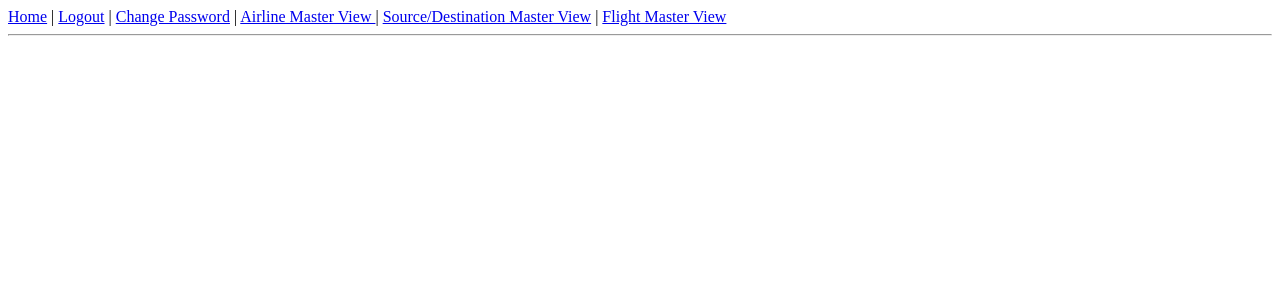
Repository: tuskhillare/FlyAway-1.0-
Page: http://localhost/FlyAway/Dashboard.jsp
The author's editor kept a copy of each file at every save. The page is drawn from the files as they stood at one save, then again after the next save.
The browser window is 1280 px wide. The pictures show the whole page.
The page is served by Tomcat 9. Other server files are loaded and not shown.

Above is the page before, as saved 2021-10-01 15:34:29.

### Source Code/FlyAway/src/main/webapp/Dashboard.jsp
<!DOCTYPE html>
<html>
<head>
<meta charset="ISO-8859-1">
<title>Admin Dashboard</title>
</head>
<body>
	<a href="index.jsp">Home</a> |
	<a href="index.jsp">Logout</a> |
	<a href="ChangePassword.jsp">Change Password</a> |
	<a href="SeeAllFlights">Airline Master View </a> |
	<a href="SourceDestination">Source/Destination Master View</a> |
	<a href="ListFlights">Flight Master View</a><br/>
	<hr>
</body>
</html>

After the next save:
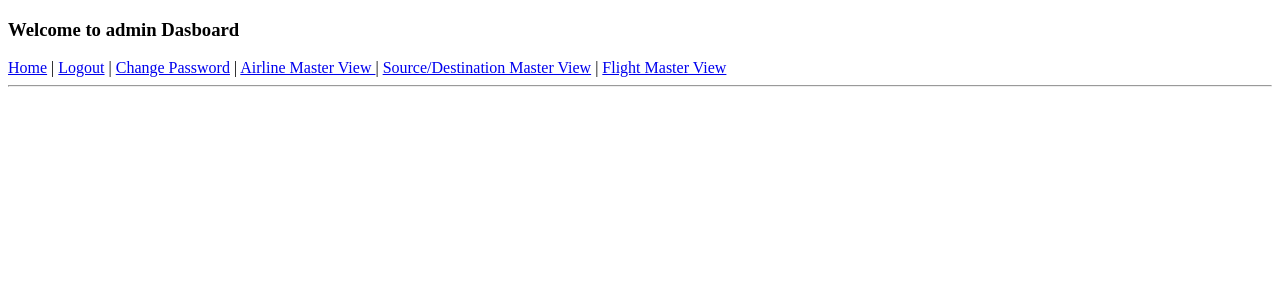
Saved 13 h 50 min later.
--- a/Source Code/FlyAway/src/main/webapp/Dashboard.jsp
+++ b/Source Code/FlyAway/src/main/webapp/Dashboard.jsp
@@ -5,6 +5,7 @@
 <title>Admin Dashboard</title>
 </head>
 <body>
+    <h3>Welcome to admin Dasboard</h3>
 	<a href="index.jsp">Home</a> |
 	<a href="index.jsp">Logout</a> |
 	<a href="ChangePassword.jsp">Change Password</a> |
